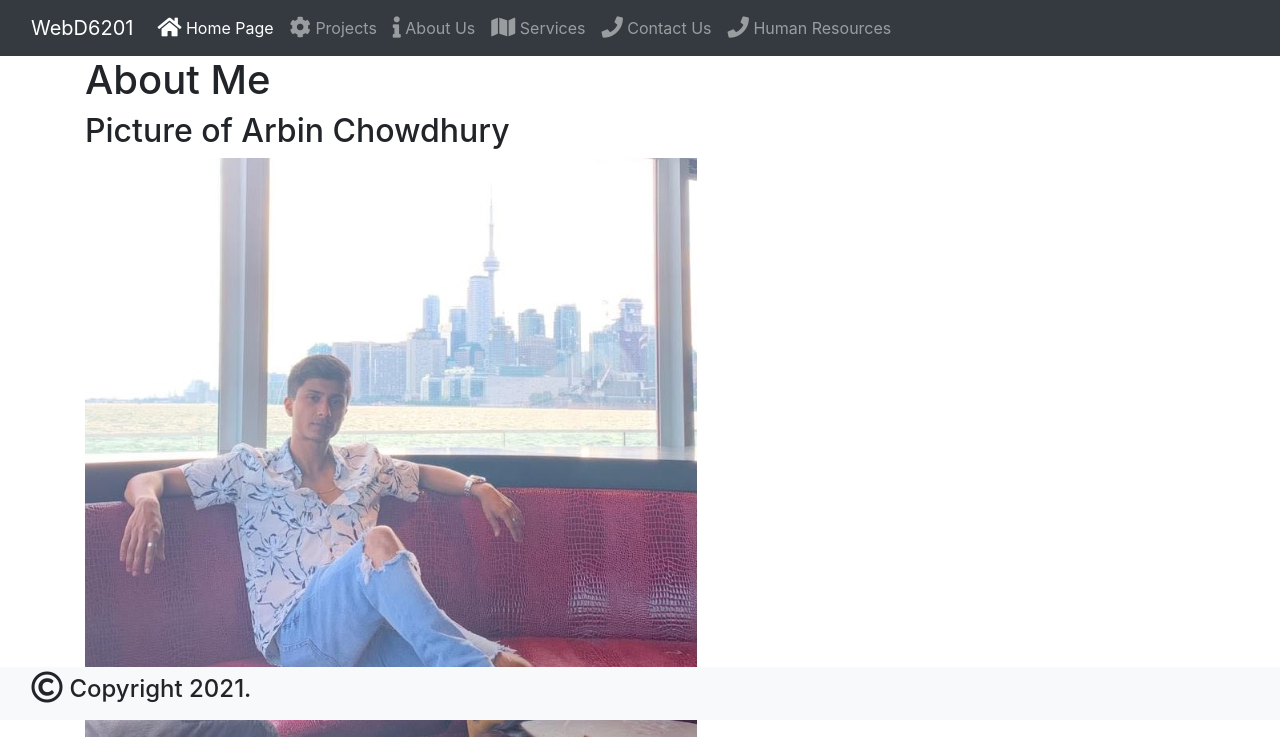
Repository: arbin6ix/ICE-2
Page: about.html
These files come from the project's save history. The page is drawn as it stood at one moment and after the next save; the edit follows.
The browser window is 1280 px wide. The pictures show the whole page.

Above is the page before, as saved 2021-02-05 23:00:51.

### about.html
<!DOCTYPE html>
<html lang="en">
<head>
    <meta charset="UTF-8">
    <meta name="viewport" content="width=device-width, initial-scale=1.0">
    <title>About</title>
    <!-- CSS Section -->
    <link rel="stylesheet" href="./node_modules/bootstrap/dist/css/bootstrap.min.css">
    <link rel="stylesheet" href="./node_modules/@fortawesome/fontawesome-free/css/all.min.css">
    <link rel="stylesheet" href="./Content/app.css">
</head>
<body>
    <!-- Main Header -->
    <header>
       <!-- Main Navigation -->
       <nav class="navbar navbar-expand-lg navbar-dark bg-dark">
        <div class="container-fluid">
          <a class="navbar-brand" href="about.html">WebD6201</a>
          <button class="navbar-toggler" type="button" data-bs-toggle="collapse" data-bs-target="#navbarSupportedContent" aria-controls="navbarSupportedContent" aria-expanded="false" aria-label="Toggle navigation">
            <span class="navbar-toggler-icon"></span>
          </button>
          <div class="collapse navbar-collapse" id="navbarSupportedContent";>
            <ul class="navbar-nav me-auto mb-2 mb-lg-0">
              <li class="nav-item">
                <a class="nav-link active" aria-current="page" href="index.html"><i class="fas fa-home fa-lg"></i> Home Page</a>
              </li>

              <li class="nav-item">
                <a class="nav-link" aria-current="page" href="projects.html"><i class="fas fa-cog fa-lg"></i> Projects</a>
              </li>

              <li class="nav-item">
                <a class="nav-link" aria-current="page" href="about.html"><i class="fas fa-info fa-lg"></i> About Us</a>
              </li>

              <li class="nav-item">
                <a class="nav-link" aria-current="page" href="services.html"><i class="fas fa-map fa-lg"></i> Services</a>
              </li>

              <li class="nav-item">
                <a class="nav-link" aria-current="page" href="contact.html"><i class="fas fa-phone fa-lg"></i> Contact Us</a>
              </li>

              <li class="nav-item">
                <a class="nav-link" aria-current="page" href="human-resources.html"><i class="fas fa-phone fa-lg"></i> Human Resources</a>
              </li>
            </ul>
          </div>
        </div>
      </nav>
</header>

    <!-- Main Content -->
    <main class="container">
        <h1>About Me</h1>
        <h2>Picture of Arbin Chowdhury</h2>
        <img src="images/me.jpg">

    </main>

    <!-- Main Footer -->
    <footer>
        <nav class="navbar fixed-bottom navbar-light bg-light">
            <div class="container-fluid">
              <h4><i class="far fa-copyright fa-lg"></i> Copyright 2021.</h4>
            </div>
          </nav>
    </footer>

    <!-- Script Section-->
    <script src="./node_modules/jquery/dist/jquery.min.js"></script>
    <script src="./node_modules/bootstrap/dist/js/bootstrap.bundle.min.js"></script>
    <script src="./Scripts/app.js"></script>
</body>
</html>

### Scripts/app.js
/* custom JavaScript goes here */

//IIFE - Immediately Invoked Function Expression
//AKA - Anonymous Self-Executing Function
//Closure - limits scope leak

"use strict";
//Contact Class


(function()
{
    function displayHome()
    {
        let paragraphOneText =
          "This is a simple site to demonstrate DOM Manipulation for ICE 2";

        let paragraphOneElement = document.getElementById("paragraphOne");

        paragraphOneElement.textContent = paragraphOneText;
        paragraphOneElement.className = "fs-5";

        // Step 1. document.createElement
        let newParagraph = document.createElement("p");
        // Step 2. configure the element
        newParagraph.setAttribute("id", "paragraphTwo");
        newParagraph.textContent = "...And this is paragraph two";
        // Step 3. select the parent element
        let mainContent = document.getElementsByTagName("main")[0];
        // Step 4. Add / Insert the element
        mainContent.appendChild(newParagraph);

        newParagraph.className = "fs-6";

        // another way of injecting content
        let paragraphDiv = document.createElement("div");
        let paragraphThree = `<p id="paragraphThree" class="fs-7 fw-bold">And this is the Third Paragraph</p>`;
        paragraphDiv.innerHTML = paragraphThree;

        // insertions

        // example of inserting before a node
        //newParagraph.before(paragraphDiv);

        // example of inserting after a node
        newParagraph.after(paragraphDiv);

        // deletions

        // example of removing a single element
        //paragraphOneElement.remove();

        // example of removeChild
        mainContent.removeChild(paragraphOneElement);

        // update / modification
        //mainContent.firstElementChild.textContent = "Welcome Home!";

        mainContent.innerHTML = `<h1 id="firstHeading">Welcome to WEBD6201 - Lab 1</h1>
         <p id="paragraphOne" class="fs-3 fw-bold">This is my first Paragraph</p>
        `;

    }

    function displayAbout()
    {

    }

    function displayProjects()
    {

    }

    function displayServices()
    {

    }

    function displayContact()
    {
        let messageArea = document.getElementById("messageArea");
        messageArea.hidden = true;

        // form validation
        let fullName = document.getElementById("fullName");
        fullName.addEventListener("blur", function() {
            if(fullName.value.length < 2)
            {
                fullName.focus();
                fullName.select();
                messageArea.hidden = false;
                messageArea.className = "alert alert-danger";
                messageArea.textContent = "Please enter an appropriate Name";
            }
            else
            {
                messageArea.removeAttribute("class");
                messageArea.hidden = true;
            }
        });

        let sendButton = document.getElementById("sendButton");
        sendButton.addEventListener("click", function(event){
            //event.preventDefault();


            let contact = new Contact(fullName.value, contactNumber.value, emailAddress.value);
              localStorage.setItem((localStorage.length + 1).toString(), contact.serialize());







        });
    }

    function displayContactList()
    {
      if (localStorage.length > 0)
      {
        let contactList = document.getElementById("contactList");

        let data = "";

        for (let index = 0; index < localStorage.length; index++)
        {
          let contactData = localStorage.getItem((index + 1).toString());

          let contact = new Contact();
          contact.deserialize(contactData);

          data += `<tr>
          <th scope="row">${index + 1}</th>
          <td>${contact.FullName}</td>
          <td>${contact.ContactNumber}</td>
          <td>${contact.EmailAddress}</td>
        </tr>`;
        }

        contactList.innerHTML = data;
      }
    }



    function Start()
    {
        console.log("App Started...");

        switch (document.title)
        {
          case "Home":
              displayHome();
            break;
          case "About":
              displayAbout();
            break;
          case "Projects":
              displayProjects();
            break;
          case "Services":
              displayServices();
            break;
          case "Contact":
              displayContact();
            break;
          case "Contact-List":
            displayContactList();
          break;
        }

    }

    window.addEventListener("load", Start);

})();

Loaded but not shown: node_modules/bootstrap/dist/css/bootstrap.min.css (library); node_modules/@fortawesome/fontawesome-free/css/all.min.css (library); Content/app.css (common file); node_modules/jquery/dist/jquery.min.js (library); node_modules/bootstrap/dist/js/bootstrap.bundle.min.js (library)

After the next save:
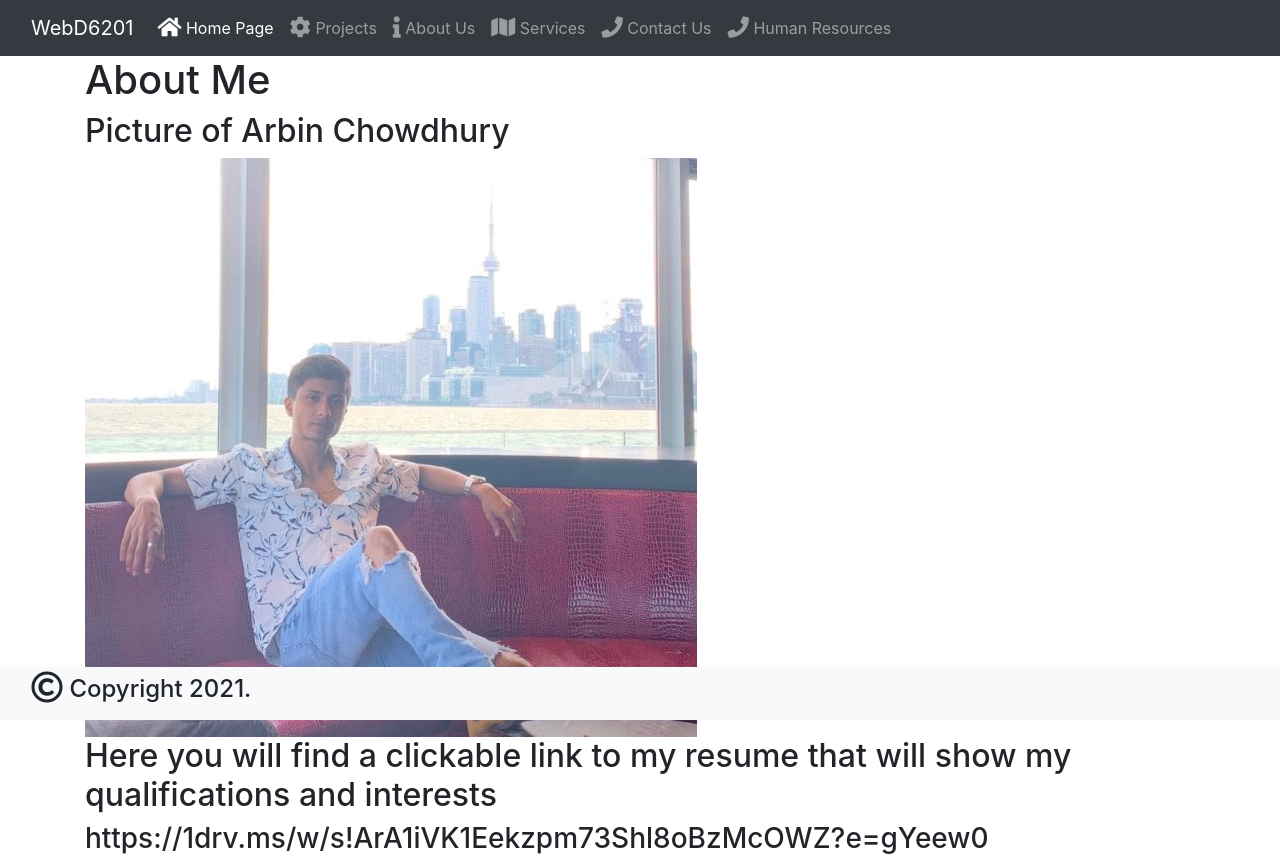
Saved 3 min 6 s later.
--- a/about.html
+++ b/about.html
@@ -55,6 +55,8 @@
         <h1>About Me</h1>
         <h2>Picture of Arbin Chowdhury</h2>
         <img src="images/me.jpg">
+        <h2>Here you will find a clickable link to my resume that will show my qualifications and interests</h2>
+        <h3>https://1drv.ms/w/s!ArA1iVK1Eekzpm73Shl8oBzMcOWZ?e=gYeew0</h3>
 
     </main>
 
